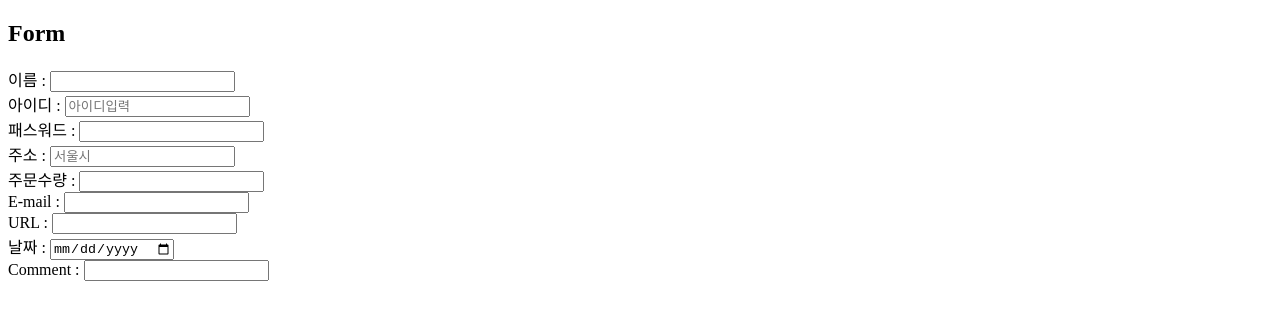
Repository: star-min/jsp_basic
Page: jsp1/web01/src/main/webapp/form.html
An editor plug-in stored every save of this project. The page is shown before and after the next save, followed by the edit.
The browser window is 1280 px wide. The pictures show the whole page.

Above is the page before, as saved 2022-04-22 05:14:38.

After the next save:
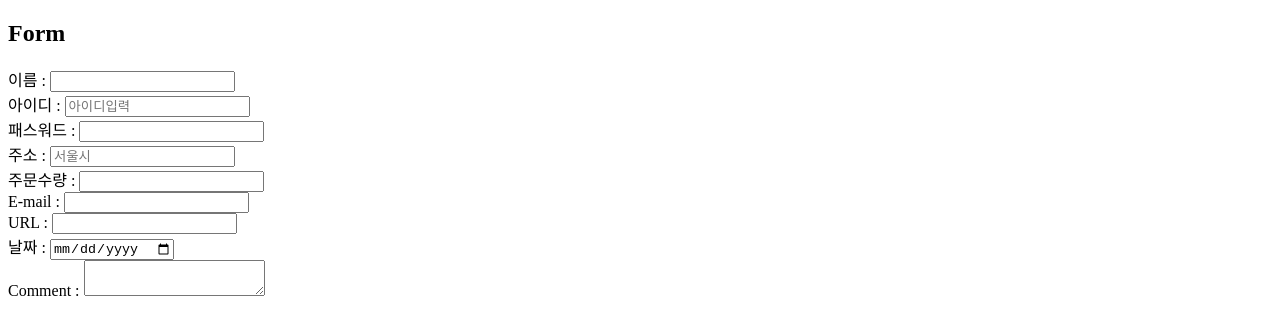
Saved 2 min 28 s later.
--- a/jsp1/web01/src/main/webapp/form.html
+++ b/jsp1/web01/src/main/webapp/form.html
@@ -72,7 +72,7 @@
 			<tr>
 				<th>Comment : </th>
 				<td>
-					<input type="text-box">
+					<textarea rows="" cols=""></textarea>
 					</br>
 				</td>
 			</tr>
